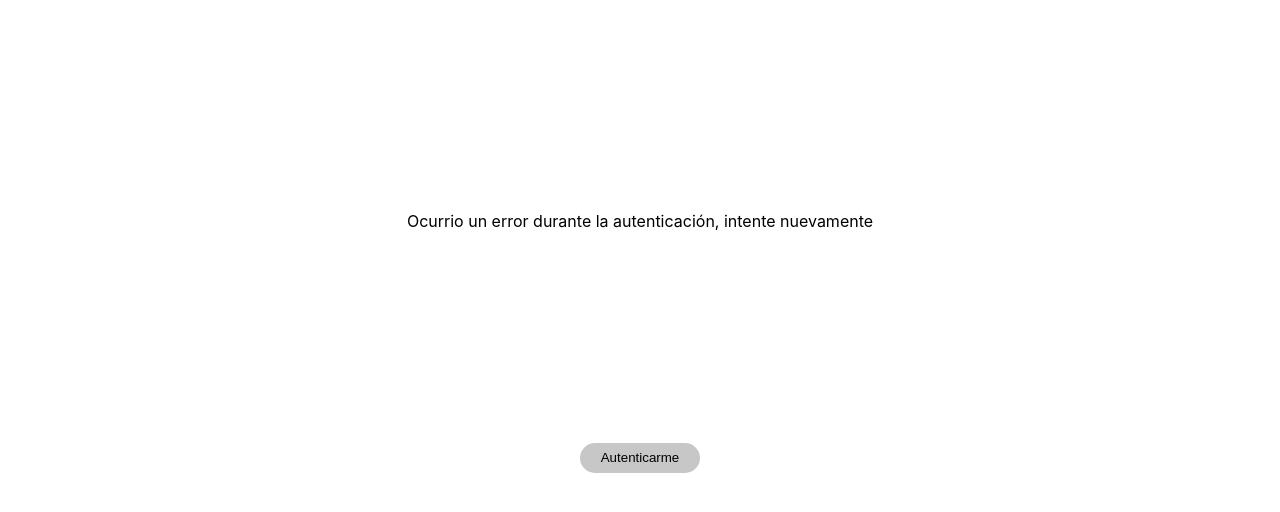
Repository: ActiviaMobile/CDI
Page: /error
The author's editor kept a copy of each file at every save. The page is drawn from the files as they stood at one save, then again after the next save.
The browser window is 1280 px wide. The pictures show the whole page.
The project was rebuilt for these pictures with package versions that can differ from the ones it lists, and the page was loaded fresh each time. Also part of the build but not shown: src/components/SvgComponents/LogoCDI.js, src/components/Header/Header.module.css, src/components/Header/Header.js, src/components/Main/Main.module.css, src/components/WorkInProgress/WorkInProgress.js, src/utils/MenuOptions.js, src/components/Main/Main.js, src/components/SideMenu/SideMenuItem.module.css and 14 more.

Above is the page before, as saved 2022-04-19 19:45:54.

### public/index.html
<!DOCTYPE html>
<html lang="en">

<head>
    <link rel="stylesheet" href="https://cdnjs.cloudflare.com/ajax/libs/animate.css/4.1.1/animate.min.css" />
</head>
<meta charset="utf-8" />
<link rel="icon" href="%PUBLIC_URL%/favicon.ico" />
<meta name="viewport" content="width=device-width, initial-scale=1" />
<meta name="theme-color" content="#000000" />
<meta name="description" content="Web site created using create-react-app" />
<link rel="apple-touch-icon" href="%PUBLIC_URL%/logo192.png" />
<!--
      manifest.json provides metadata used when your web app is installed on a
      user's mobile device or desktop. See https://developers.google.com/web/fundamentals/web-app-manifest/
    -->
<link rel="manifest" href="%PUBLIC_URL%/manifest.json" />
<!--
      Notice the use of %PUBLIC_URL% in the tags above.
      It will be replaced with the URL of the `public` folder during the build.
      Only files inside the `public` folder can be referenced from the HTML.

      Unlike "/favicon.ico" or "favicon.ico", "%PUBLIC_URL%/favicon.ico" will
      work correctly both with client-side routing and a non-root public URL.
      Learn how to configure a non-root public URL by running `npm run build`.
    -->
<title>React App</title>
</head>

<body>
    <noscript>You need to enable JavaScript to run this app.</noscript>
    <div id="root"></div>
    <!--
      This HTML file is a template.
      If you open it directly in the browser, you will see an empty page.

      You can add webfonts, meta tags, or analytics to this file.
      The build step will place the bundled scripts into the <body> tag.

      To begin the development, run `npm start` or `yarn start`.
      To create a production bundle, use `npm run build` or `yarn build`.
    -->
</body>

</html>

### src/App.js
import './App.css';
import { SessionProvider } from './context/sessionContext';
import AppRouter from './AppRouter/AppRouter';
import { MainProvider } from './context/mainContext';


function App() {

  return (
    <div className="App">
      <SessionProvider>
        <MainProvider>
          <AppRouter/>
        </MainProvider>
      </SessionProvider>
    </div>
  );
}

export default App;

### src/context/sessionContext.js
import {createContext, useState} from 'react'

const SessionContext = createContext();

const SessionProvider = ({children})=>{
    const [user, setUser] = useState()

    const updateUser = (userData) => {
        localStorage.setItem('user',JSON.stringify(userData))
        setUser(userData)
    }
    const data = {
        updateUser,
        user,
    }

    return(
        <SessionContext.Provider value={data}>
            {children}
        </SessionContext.Provider>
    )
}
export { SessionProvider, SessionContext };

### src/AppRouter/AppRouter.js
import { BrowserRouter, Routes, Route } from "react-router-dom";
import { HomePage , ErrorPage } from "../pages/index"

export default function AppRouter () {
    return (
        <BrowserRouter>
            <Routes>
                <Route path="/" element={<HomePage/>}/>
                <Route path="/error" element={<ErrorPage/>}/>
            </Routes>
        </BrowserRouter>
    )
}

### src/context/mainContext.js
import {createContext, useState} from 'react'

const MainContext = createContext();

const MainProvider = ({children})=>{

    const [rsp, setRsp] = useState([])

    const updateRsp = (token) => {
        setRsp(token)
    }
    const data = {
        updateRsp,
        rsp,
    }

    return(
        <MainContext.Provider value={data}>
            {children}
        </MainContext.Provider>
    )
}
export { MainProvider, MainContext };

### src/pages/index.js
import DashboardPage from "./DashboardPage.js";
import ErrorPage from "./ErrorPage.js"
import ReferentesPage from "./ReferentesPage.jsx"
import HomePage from "./HomePage.js";

export { DashboardPage, ErrorPage, ReferentesPage, HomePage }

### src/pages/ErrorPage.js
import Button from "../components/Button/Button";
import styles from "./ErrorPage.module.css"
import redirectToConsole from "../functions/Redirect";

const ErrorPage = () => {
    return(
        <div className={styles.center}>
            Ocurrio un error durante la autenticación, intente nuevamente
            <Button title={'Autenticarme'} callback={redirectToConsole}/>
        </div>
    )

}

export default ErrorPage;

### src/components/Button/Button.js
import styles from "./Button.module.css"

export default function Button({title , callback , isActive}){
    return(
        <button disabled={isActive} onClick={callback} className={isActive ? styles.activeButton : styles.disableButton}>{title}</button>
    )
}

### src/pages/ErrorPage.module.css
.center {
    height: 95vh;
    display: flex;
    flex-direction: column;
    justify-content: space-evenly;
    align-items: center;
}

### src/functions/Redirect.js
const redirectToConsole = () => {
        window.location.href = "http://consolatest.activiaweb.com.ar";
}

export default redirectToConsole;

### src/components/Button/Button.module.css
.activeButton {
    text-decoration: none;
    background-color: rgb(27, 138, 202);
    border-style: none;
    color: white;
    border-radius: 15px;
    height: 30px;
    width: 120px;
}

.disableButton {
    text-decoration: none;
    background-color: rgb(199, 199, 199);
    border-style: none;
    color: black;
    border-radius: 15px;
    height: 30px;
    width: 120px;
}

.button:hover {
    background-color: rgb(9, 123, 189);
}

Loaded but not shown: src/index.js (common file); src/index.css (common file); src/reportWebVitals.js (common file); src/App.css (common file)

After the next save:
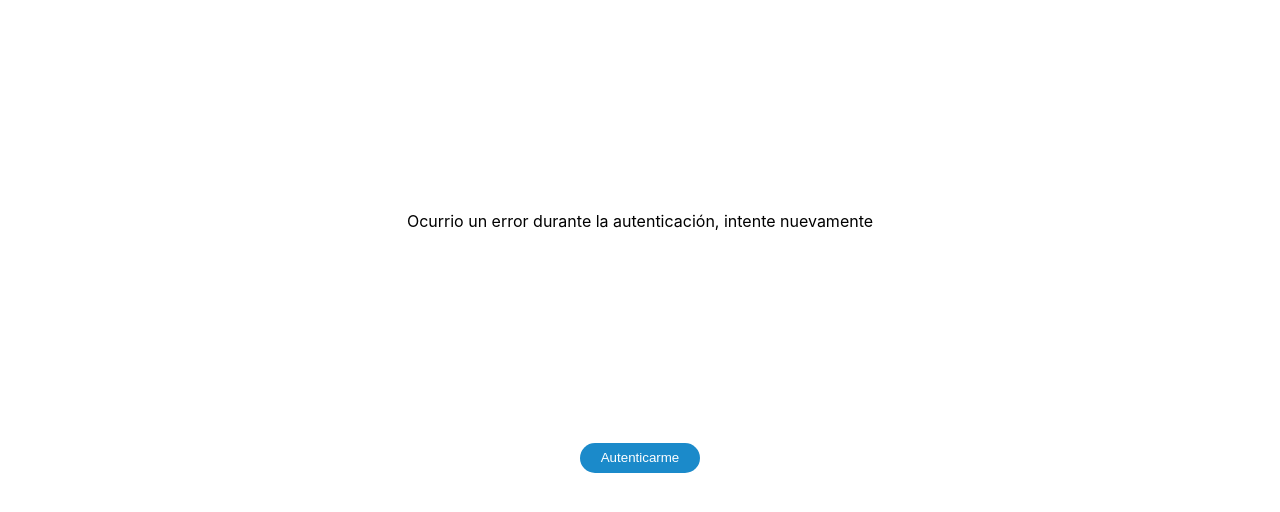
Saved 3 min 13 s later.
--- a/src/components/Button/Button.js
+++ b/src/components/Button/Button.js
@@ -1,7 +1,7 @@
 import styles from "./Button.module.css"
 
-export default function Button({title , callback , isActive}){
+export default function Button({title , callback , isDisable}){
     return(
-        <button disabled={isActive} onClick={callback} className={isActive ? styles.activeButton : styles.disableButton}>{title}</button>
+        <button disabled={isDisable} onClick={callback} className={isDisable ? styles.disableButton : styles.activeButton}>{title}</button>
     )
 }
